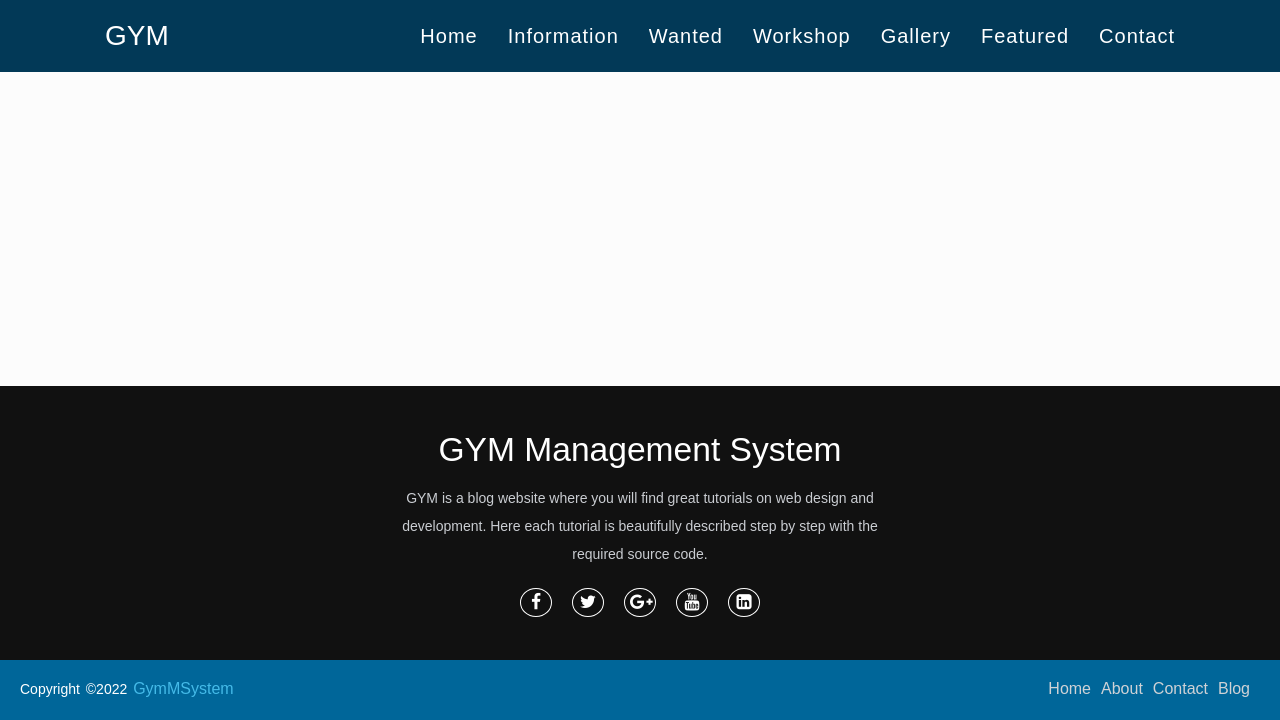
Repository: mcleanka/gym-management-system
Page: index.html
An editor plug-in stored every save of this project. The page is shown before and after the next save, followed by the edit.
The browser window is 1280 px wide. The pictures show the whole page.

Above is the page before, as saved 2022-07-01 17:11:41.

### index.html
<!DOCTYPE html>
<html lang="en">

<head>
	<meta charset="UTF-8">
	<meta http-equiv="X-UA-Compatible" content="IE=edge">
	<meta name="viewport" content="width=device-width, initial-scale=1.0">
	<title>Home | Gym Management System</title>
	<link rel="stylesheet" href="https://cdnjs.cloudflare.com/ajax/libs/font-awesome/4.7.0/css/font-awesome.min.css">
	<link rel="stylesheet" href="css/style.css">
	<script src="js/app.js"></script>
</head>

<body>
	<div class="container">
		<div class="wrapper">

			<header id="header">
				<div class="container">
					<div class="header_left">
						<a class="logo" href="#">GYM</a>
					</div>
					<div class="header_right">
						<a href="#!" class="nav_ico">Menu</a>
						<nav class="main_nav">
							<ul>
								<li><a href="#">Home</a></li>
								<li><a href="#">Information</a></li>
								<li><a href="#">Wanted</a></li>
								<li><a href="#">Workshop</a></li>
								<li><a href="#">Gallery</a></li>
								<li><a href="#">Featured</a></li>
								<li><a href="#">Contact</a></li>
							</ul>
						</nav>
					</div>
				</div>
			</header>

			<main>

			</main>


			<footer>
				<div class="footer-content">
					<h3>GYM Management System</h3>
					<p>GYM is a blog website where you will find great tutorials on web design and
						development. Here
						each tutorial is beautifully described step by step with the required source code.</p>
					<ul class="socials">
						<li><a href="#"><i class="fa fa-facebook"></i></a></li>
						<li><a href="#"><i class="fa fa-twitter"></i></a></li>
						<li><a href="#"><i class="fa fa-google-plus"></i></a></li>
						<li><a href="#"><i class="fa fa-youtube"></i></a></li>
						<li><a href="#"><i class="fa fa-linkedin-square"></i></a></li>
					</ul>
				</div>
				<div class="footer-bottom">
					<p>copyright &copy;2022 <a href="#">GymMSystem</a> </p>
					<div class="footer-menu">
						<ul class="f-menu">
							<li><a href="">Home</a></li>
							<li><a href="">About</a></li>
							<li><a href="">Contact</a></li>
							<li><a href="">Blog</a></li>
						</ul>
					</div>
				</div>

			</footer>
		</div>
	</div>
</body>

</html>

### css/style.css
     * {
     	margin: 0;
     	padding: 0;
     	box-sizing: border-box;
     }

     *,
     *:after,
     *:before {
     	box-sizing: border-box;
     }

     a {
     	text-decoration: none;
     }

     body {
     	background: #fcfcfc;
     	font-family: sans-serif;
     }

     #header {
     	padding: 20px 10px;
     	display: flex;
     	align-items: center;
     	justify-content: space-between;
     	background: #023957;
     	position: fixed;
     	left: 0;
     	top: 0;
     	width: 100%;
     }

     .container {
     	max-width: 1100px;
     	width: 100%;
     	margin: 0 auto;
     	padding: 0 15px;
     	display: flex;
     	align-items: center;
     	justify-content: space-between;
     }


     .logo {
     	font-size: 28px;
     	color: white;
     }

     .nav_ico {
     	display: block;
     	padding: 4px 7px;
     	color: white;
     	border: 2px solid white;
     	cursor: pointer;
     }

     .nav_ico:hover {
     	background: white;
     	color: black;
     }

     .main_nav {
     	float: right;
     }

     .main_nav ul {
     	margin: 0;
     	padding: 0px;
     	list-style: none;
     }

     .main_nav ul li {
     	float: left;
     	margin: 0 0 0 30px;
     	position: relative;
     	font-size: 20px;
     	letter-spacing: 1px;
     	font-weight: 300;
     	overflow: hidden;
     }

     .main_nav ul li a {
     	color: white;
     	display: block;
     	line-height: 1.4;
     	text-decoration: none;
     }

     .main_nav ul li a:before {
     	content: "";
     	position: absolute;
     	left: 100%;
     	top: 0;
     	height: 2px;
     	width: 100%;
     	background: #d4e706;
     	transition: all 0.3s ease-in-out;
     }

     .main_nav ul li a:after {
     	content: "";
     	position: absolute;
     	right: 100%;
     	bottom: 0;
     	height: 2px;
     	width: 100%;
     	background: #d4e706;
     	transition: all 0.3s ease-in-out;
     }

     .main_nav ul li:hover a:before {
     	left: 0;
     }

     .main_nav ul li:hover a:after {
     	right: 0;
     }

     @media only screen and (min-width:768px) and (max-width:991px) {
     	.main_nav ul li {
     		margin: 0 0 0 15px;
     		font-size: 16px;
     	}

     }

     @media screen and (min-width: 768px) {
     	.nav_ico {
     		display: none;
     	}
     }

     @media screen and (max-width: 767px) {
     	.nav_ico {
     		display: block;
     		position: relative;
     		z-index: 10;

     	}

     	.main_nav {
     		position: fixed;
     		left: 0;
     		top: 70px;
     		padding: 0;
     		background: #032c43;
     		z-index: 5;
     		height: calc(100vh - 74px);
     		width: calc(100% - 80px);
     		transition: all 0.3s ease-out;
     		transform: translateX(-100%);
     	}

     	.main_nav ul li {
     		float: none;
     		margin: 0 !important;
     		padding: 0 !important;
     		border-bottom: 1px solid;
     		text-align: center;
     	}

     	.main_nav ul li a {
     		display: block;
     		color: #fff;
     		padding: 15px;
     	}

     	.main_nav:after {
     		content: "";
     		position: absolute;
     		left: 100%;
     		top: 0;
     		height: 100%;
     		width: 0;
     		background: rgba(0, 0, 0, 0.7);
     	}

     	.main_nav.active {
     		transform: translateX(0%);
     	}

     	.main_nav.active:after {
     		width: 1000%;
     	}

     }



     footer {
     	position: absolute;
     	bottom: 0;
     	left: 0;
     	right: 0;
     	background: #111;
     	height: auto;
     	width: 100vw;

     	padding-top: 40px;
     	color: #fff;
     }

     .footer-content {
     	display: flex;
     	align-items: center;
     	justify-content: center;
     	flex-direction: column;
     	text-align: center;
     }

     .footer-content h3 {
     	font-size: 2.1rem;
     	font-weight: 500;
     	text-transform: capitalize;
     	line-height: 3rem;
     }

     .footer-content p {
     	max-width: 500px;
     	margin: 10px auto;
     	line-height: 28px;
     	font-size: 14px;
     	color: #cacdd2;
     }

     .socials {
     	list-style: none;
     	display: flex;
     	align-items: center;
     	justify-content: center;
     	margin: 1rem 0 3rem 0;
     }

     .socials li {
     	margin: 0 10px;
     }

     .socials a {
     	text-decoration: none;
     	color: #fff;
     	border: 1.1px solid white;
     	padding: 5px;

     	border-radius: 50%;

     }

     .socials a i {
     	font-size: 1.1rem;
     	width: 20px;


     	transition: color .4s ease;

     }

     .socials a:hover i {
     	color: aqua;
     }

     .footer-bottom {
     	background: #006699;
     	width: 100vw;
     	padding: 20px;
     	padding-bottom: 40px;
     	text-align: center;
     }

     .footer-bottom p {
     	float: left;
     	font-size: 14px;
     	word-spacing: 2px;
     	text-transform: capitalize;
     }

     .footer-bottom p a {
     	color: #44bae8;
     	font-size: 16px;
     	text-decoration: none;
     }

     .footer-bottom span {
     	text-transform: uppercase;
     	opacity: .4;
     	font-weight: 200;
     }

     .footer-menu {
     	float: right;

     }

     .footer-menu ul {
     	display: flex;
     }

     .footer-menu ul li {
     	padding-right: 10px;
     	display: block;
     }

     .footer-menu ul li a {
     	color: #cfd2d6;
     	text-decoration: none;
     }

     .footer-menu ul li a:hover {
     	color: #27bcda;
     }

     @media (max-width:500px) {
     	.footer-menu ul {
     		display: flex;
     		margin-top: 10px;
     		margin-bottom: 20px;
     	}
     }

### js/app.js
/* Toggle between adding and removing the "responsive" class to topnav when the user clicks on the icon */
function myFunction() {
	var x = document.getElementById("myTopnav");
	if (x.className === "topnav") {
		x.className += " responsive";
	} else {
		x.className = "topnav";
	}
}

/* $(document).ready(function () {

	$(".nav_ico").click(function () {
		$(".main_nav").toggleClass("active");
	});

	$(".main_nav").click(function () {
		$(this).removeClass("active");
	});

	$(".main_nav ul").click(function (event) {
		event.stopImmediatePropagation();
	});

}); */

After the next save:
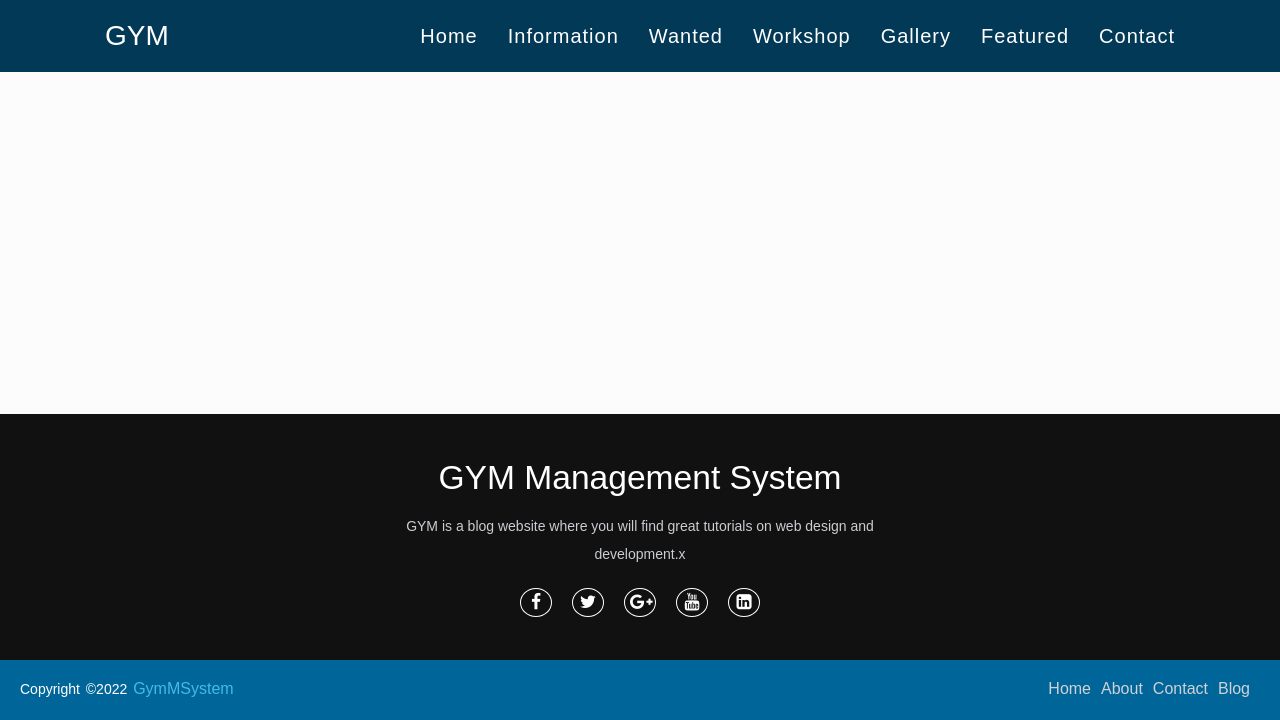
Saved 21 s later.
--- a/index.html
+++ b/index.html
@@ -46,8 +46,7 @@
 				<div class="footer-content">
 					<h3>GYM Management System</h3>
 					<p>GYM is a blog website where you will find great tutorials on web design and
-						development. Here
-						each tutorial is beautifully described step by step with the required source code.</p>
+						development.x</p>
 					<ul class="socials">
 						<li><a href="#"><i class="fa fa-facebook"></i></a></li>
 						<li><a href="#"><i class="fa fa-twitter"></i></a></li>
